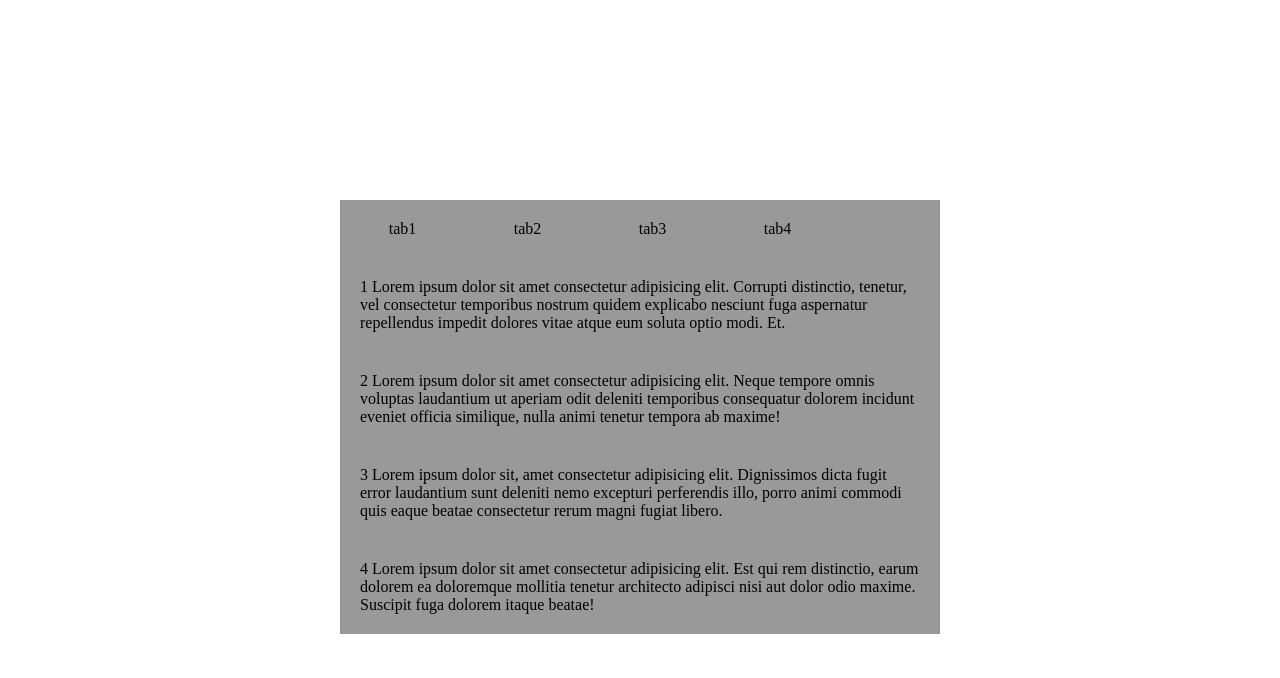
Repository: PCTai/javascript-coban
Page: tab UI/index.html
An editor plug-in stored every save of this project. The page is shown before and after the next save, followed by the edit.
The browser window is 1280 px wide. The pictures show the whole page.

Above is the page before, as saved 2022-02-09 16:56:04.

After the next save:
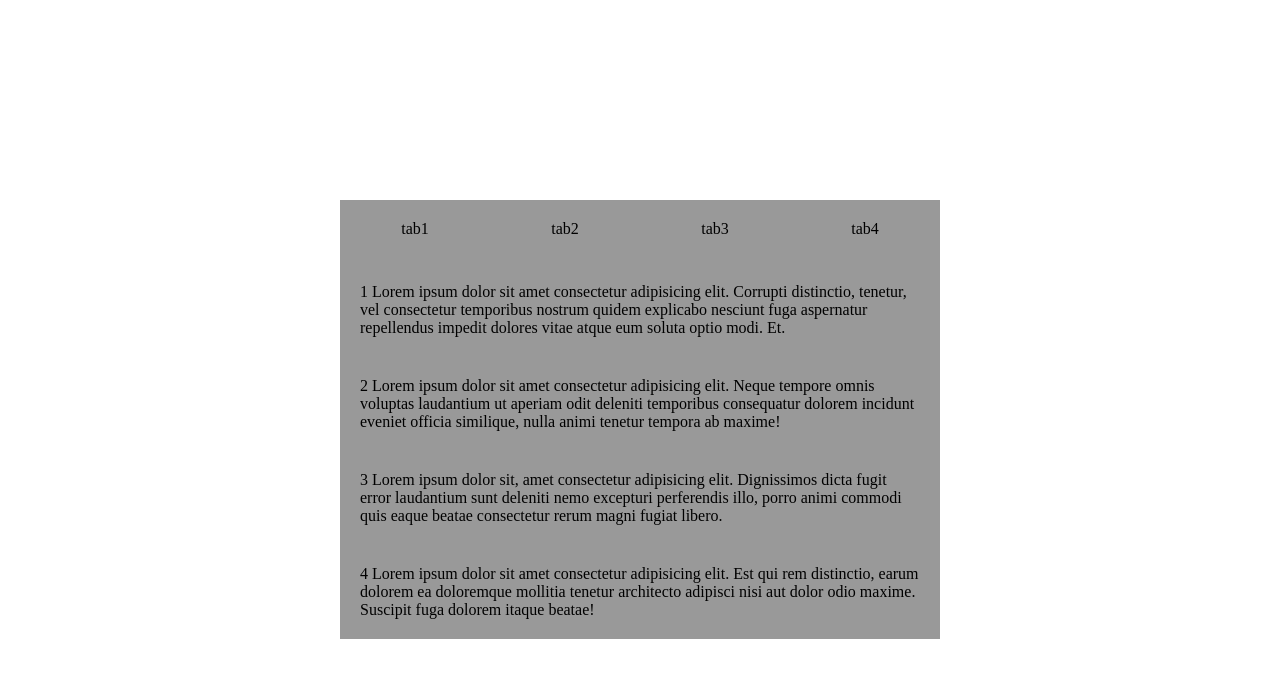
Saved 42 s later.
--- a/tab UI/index.html
+++ b/tab UI/index.html
@@ -14,8 +14,9 @@
             <div class="tab-item">tab2</div>
             <div class="tab-item">tab3</div>
             <div class="tab-item">tab4</div>
-            <div class="tab-line"></div>
+
         </div>
+        <div class="tab-line"></div>
         <div class="box">
             <div class="box-item">1 Lorem ipsum dolor sit amet consectetur adipisicing elit. Corrupti distinctio, tenetur, vel consectetur temporibus nostrum quidem explicabo nesciunt fuga aspernatur repellendus impedit dolores vitae atque eum soluta optio modi. Et.</div>
             <div class="box-item">2 Lorem ipsum dolor sit amet consectetur adipisicing elit. Neque tempore omnis voluptas laudantium ut aperiam odit deleniti temporibus consequatur dolorem incidunt eveniet officia similique, nulla animi tenetur tempora ab maxime!</div>
